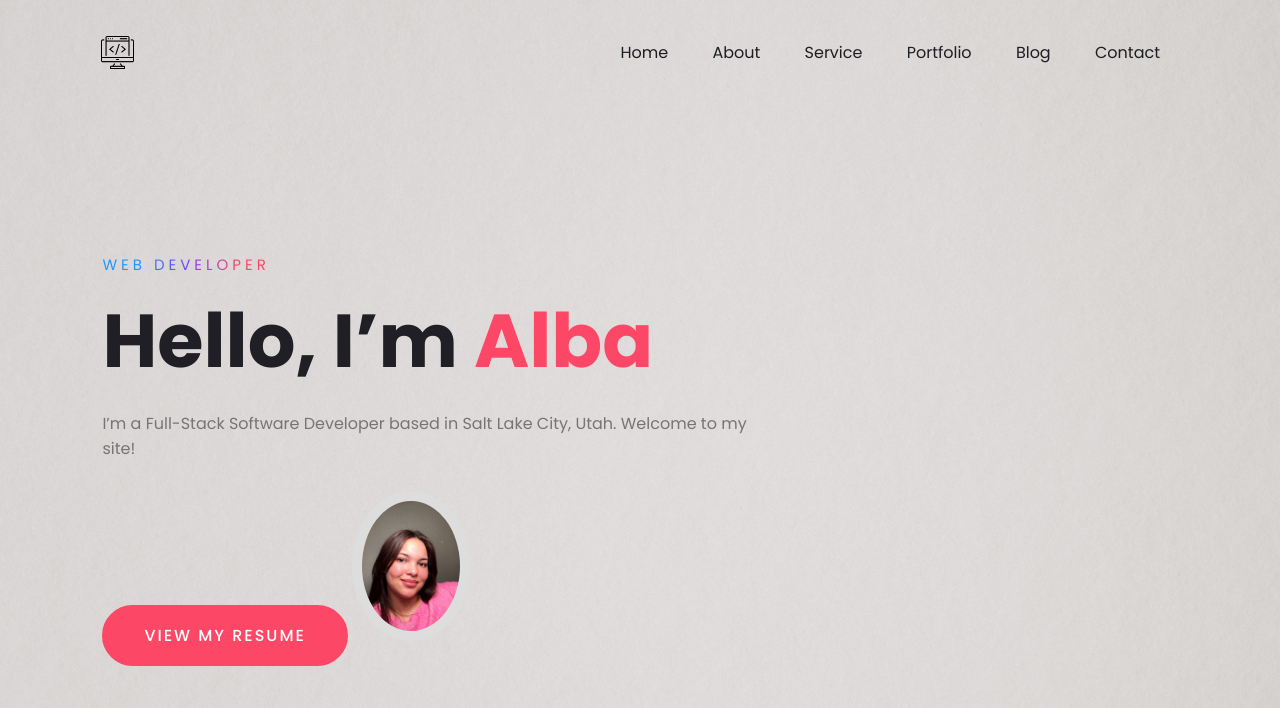
Repository: pilar122/port
Page: index.html
These files come from the project's save history. The page is drawn as it stood at one moment and after the next save; the edit follows.
The browser window is 1280 px wide. The pictures show the whole page.

Above is the page before, as saved 2022-01-29 14:55:36.

### index.html
<!DOCTYPE html>
<html lang="en">
<head>
    <meta charset="UTF-8">
    <title>Personal Portfolio Website</title>
    <!----CSS link----->
    <link rel="stylesheet" href="style.css">
</head>
<body>
    <div class="hero">
        <nav>
            <img src="./img/coding.png" class="logo">
            <ul>
                <li><a href="#">Home</a></li>
                <li><a href="#">About</a></li>
                <li><a href="#">Service</a></li>
                <li><a href="#">Portfolio</a></li>
                <li><a href="#">Blog</a></li>
                <li><a href="#">Contact</a></li>
            </ul>

        </nav>
        <div class="content">
            <span class="title">Web Developer</span>
            <h1>Hello, I’m <span>Alba</span></h1>
            <p>I’m a Full-Stack Software Developer based in Salt Lake City, Utah. Welcome to my site!</p>
            <a href="https://docs.google.com/document/d/1-5NqQs53X55snoyWaPBF-iuk-xL4VE2I0psmDuApD5Q/edit?usp=sharing" class="btn"> View my Resume</a>
            <img src="./img/ap.JPG" class="img">
        </div>
    </div>
</body>
</html>

### style.css
@import url('https://fonts.googleapis.com/css2?family=Poppins:wght@400;500;600;700&display=swap');
*{
    margin: 0;
    padding: 0;
    box-sizing: border-box;
    font-family: 'Poppins', sans-serif;
}
a{
    text-decoration: none;
}
.hero{
    width: 100%;
    height: 100vh;
    background: url(img/bg1.jpg);
    background-size: cover;
}
nav{
    display: flex;
    align-items: center;
    justify-content: space-between;
    padding: 30px 100px;
}
.logo{
    max-height: 35px;
}
nav ul li{
    list-style: none;
    display: inline-block;
    padding: 10px 20px;
}
nav ul li a{
    color: #1d1d24;
    position: relative;
    padding: 5px 0;
}
nav ul li a:hover{
    color: #fd4766;
}
nav ul li a:after{
    content: "";
    position: absolute;
    left: 0;
    width: 0;
    height: 3px;
    background: #fd4766;
    transition: .3s;
    bottom: 0;
}
nav ul li a:hover:after{
    width: 100%;
}
.btn{
    color: #fff;
    font-size: 16px;
    text-transform: uppercase;
    letter-spacing: 2px;
    padding: 16px 40px;
    border-radius: 500px;
    display: inline-block;
    font-weight: 500;
    transition: all .4s ease-in-out;
    background-size: 152% 100%;
    background: #fd4766;
    border: 2px solid #fd4766;
}
.btn:hover{
    background: transparent;
    border-color: #fd4766;
    color: #fd4766;
}
.content{
    position: absolute;
    top: 35%;
    left: 8%;
}
.content .title{
    color: #1f1f25;
    font-size: 15px;
    text-transform: uppercase;
    letter-spacing: 4px;
    display: inline-block;
    margin-bottom: 20px;
    background: linear-gradient(120deg, #1c99fe 20.69%, #7644ff 50.19%,#fd4766 79.69%);
    -webkit-background-clip: text;
    -webkit-text-fill-color: transparent;
}
.content h1{
    color: #1f1f25;
    font-size: 75px;
    font-weight: 900;
    line-height: 90px;
    text-transform: inherit;
    width: 70%;
}
.content h1 span{
    color: #fd4766;
}
.content p{
    width: 55%;
    color: #757575;
    margin-top: 25px;
    margin-bottom: 30px;
}

.content .img{
    max-width: 10%;
    max-width: 10%;
    border-radius: 50%;
    border: 10px solid #ddd;

}

After the next save:
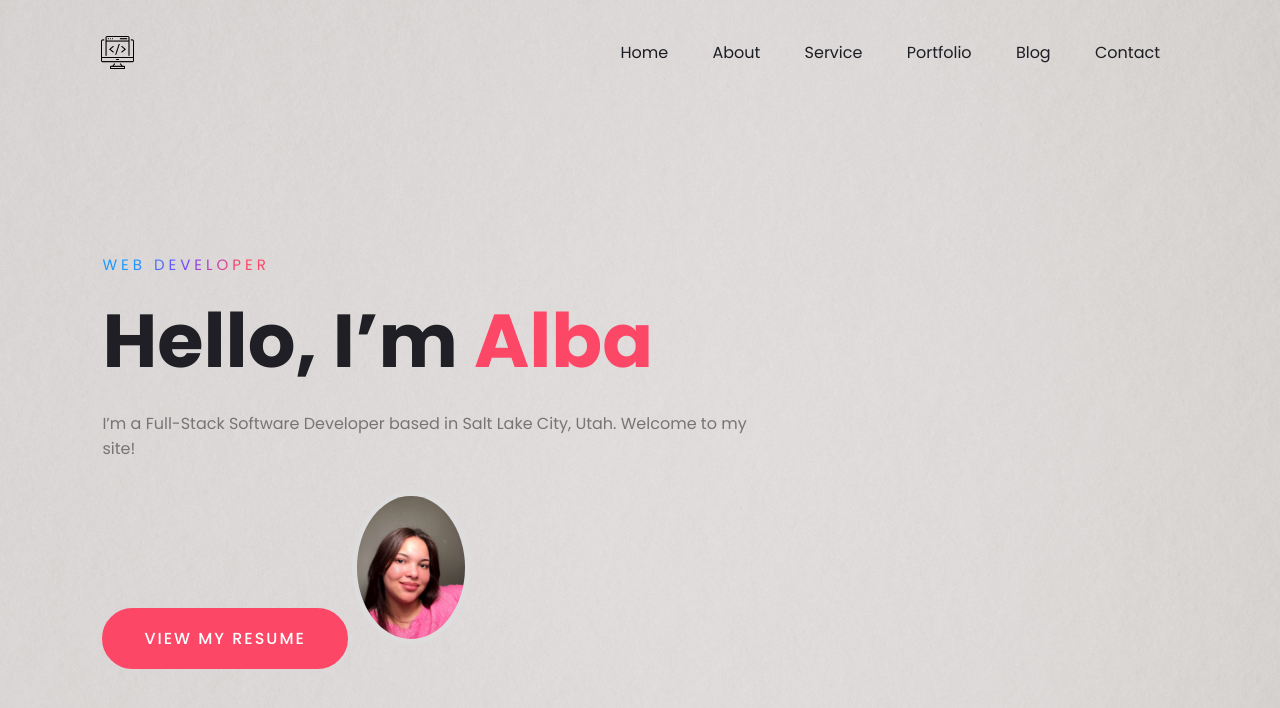
Saved 14 s later.
--- a/style.css
+++ b/style.css
@@ -106,6 +106,6 @@ nav ul li a:hover:after{
     max-width: 10%;
     max-width: 10%;
     border-radius: 50%;
-    border: 10px solid #ddd;
+    border: 5px solid #ddd;
 
 }
